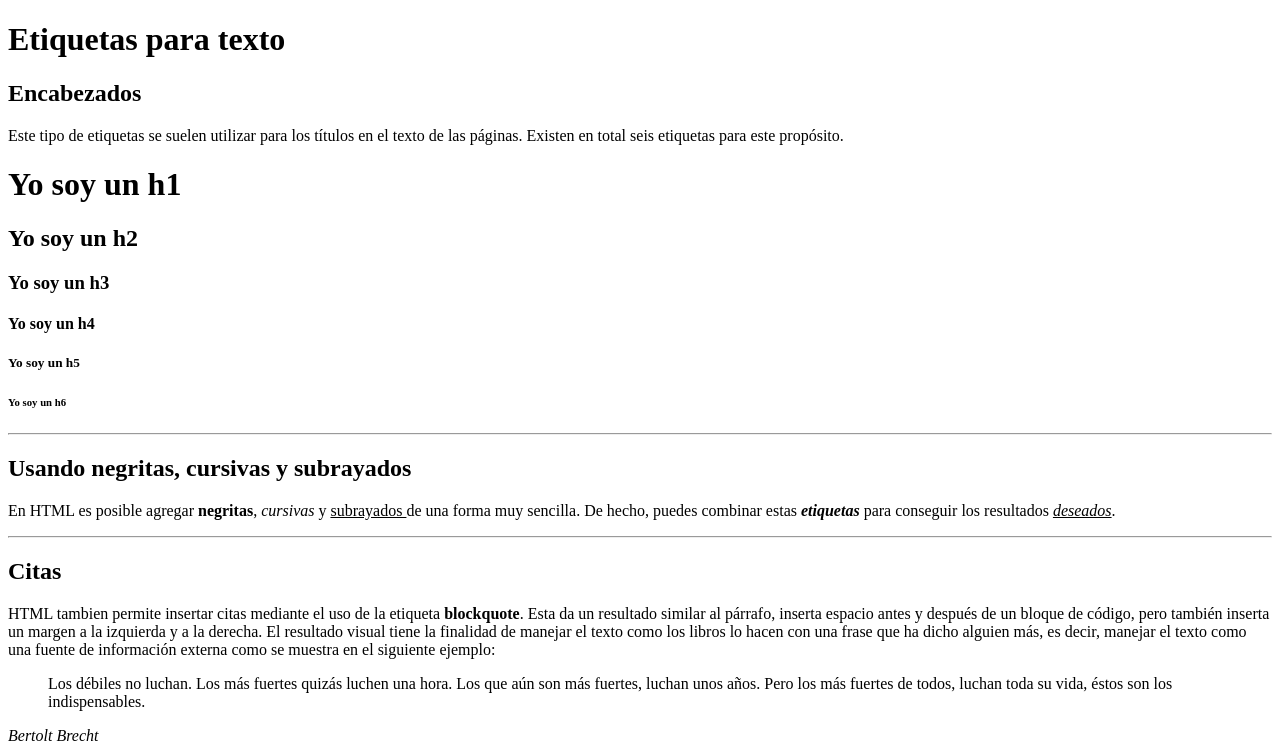
Repository: DiegoJacob0/LabosWeb
Page: 00043719_practica1_seccion1/etiquetas_texto.html
An editor plug-in stored every save of this project. The page is shown before and after the next save, followed by the edit.
The browser window is 1280 px wide. The pictures show the whole page.

Above is the page before, as saved 2025-08-25 15:03:19.

After the next save:
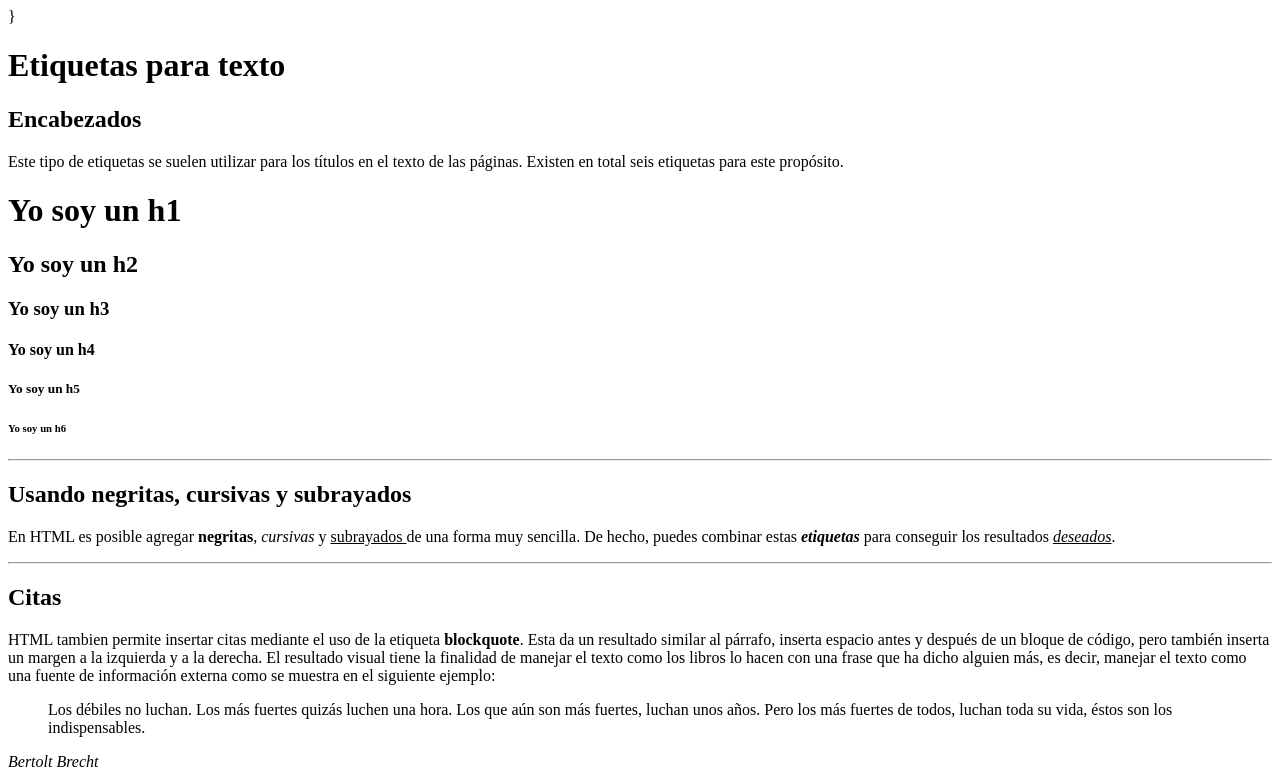
Saved 3 min 27 s later.
--- a/00043719_practica1_seccion1/etiquetas_texto.html
+++ b/00043719_practica1_seccion1/etiquetas_texto.html
@@ -1,7 +1,8 @@
 <!DOCTYPE html>
 <html lang="en">
 <head>
-    <meta charset="UTF-8">
+    <meta charset="UTF-8">}
+
     <title> Etiquetas para texto</title>
 </head>
 <body>
